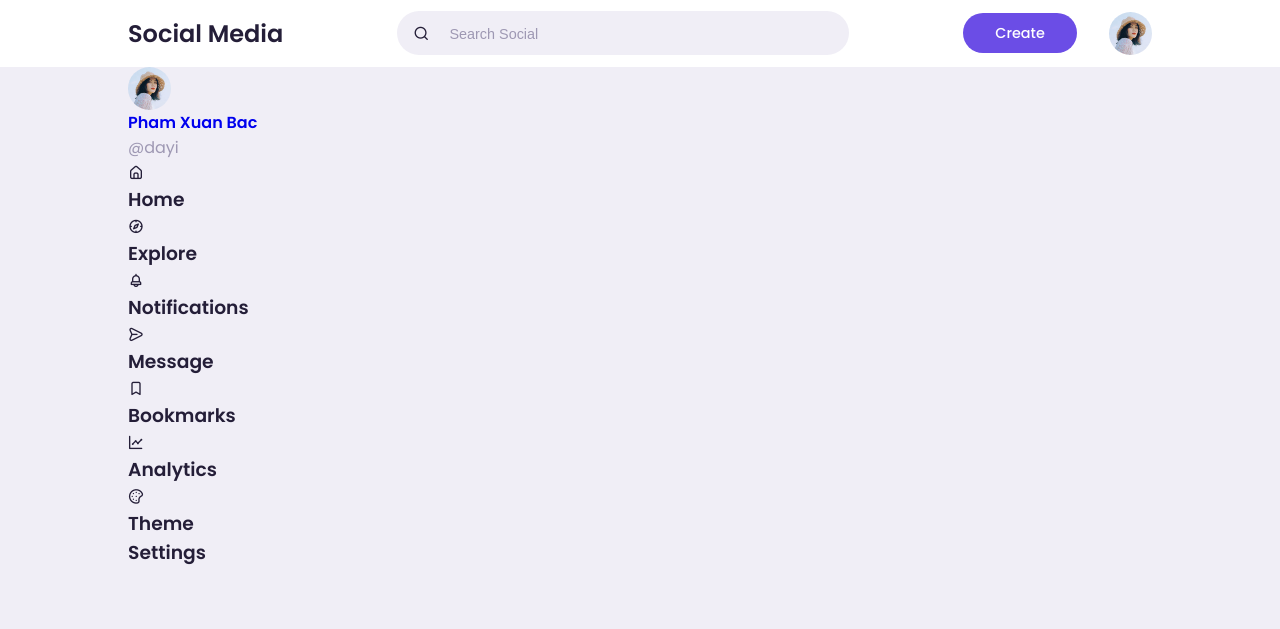
Repository: northpx/socialMedia
Page: index.html
The author's editor kept a copy of each file at every save. The page is drawn from the files as they stood at one save, then again after the next save.
The browser window is 1280 px wide. The pictures show the whole page.

Above is the page before, as saved 2023-03-07 17:00:27.

### index.html
<!DOCTYPE html>
<html lang="en">
<head>
    <meta charset="UTF-8">
    <meta http-equiv="X-UA-Compatible" content="IE=edge">
    <meta name="viewport" content="width=device-width, initial-scale=1.0">
    <link rel="stylesheet" href="/css/style.css">
    <link rel="stylesheet" href="https://unicons.iconscout.com/release/v4.0.0/css/line.css">
    <title>Social Media</title>
</head>
<body>
    <nav>
        <div class="container">
            <h2 class="logo">
                Social Media
            </h2>
            <div class="search-bar">
                <i class="uil uil-search"></i>
                <input type="search" placeholder="Search Social">
            </div>
            <div class="create">
                <label for="create-post" class="btn btn-primary">Create</label>
                <div class="profile-picture">
                    <img src="./images/profile-1.jpg" alt="">
                </div>
            </div>
        </div>
    </nav>

    <main>
        <div class="container">
            <!-- ===========LEFT================ -->
            <div class="left">
                <a href="#" class="profile">
                    <div class="profile-picture">
                        <img src="./images/profile-1.jpg" alt="">
                    </div>
                    <div class="handle">
                        <h4>Pham Xuan Bac</h4>
                        <p class="text-muted">
                            @dayi
                        </p>
                    </div>
                </a>
                <!-- =================SIDEBAR=========== -->
                <div class="sidebar">
                    <a class="menu-item">
                        <span><i class="uil uil-estate"></i></span><h3>Home</h3>
                        <span><i class="uil uil-compass"></i></span><h3>Explore</h3>
                        <span><i class="uil uil-bell"></i></span><h3>Notifications</h3>
                        <span><i class="uil uil-message"></i></span><h3>Message</h3>
                        <span><i class="uil uil-bookmark"></i></span><h3>Bookmarks</h3>
                        <span><i class="uil uil-chart-line"></i></span><h3>Analytics</h3>
                        <span><i class="uil uil-palette"></i></span><h3>Theme</h3>
                        <span></span><h3>Settings</h3>
                    </a>
                </div>
            </div>
            <!-- ===============MIDDLE============== -->
            <div class="middle">

            </div>
            <!-- ==============RIGHT============== -->
            <div class="right">

            </div>
        </div>
    </main>
</body>
</html>

### css/style.css
@import url("https://fonts.googleapis.com/css2?family=Poppins:ital,wght@0,400;0,500;0,600;1,400;1,500;1,600&family=Roboto:ital,wght@0,100;0,300;0,400;0,500;0,700;0,900;1,100;1,300;1,400;1,500;1,700;1,900&display=swap");
:root {
  --color-white: hsl(252,30%,100%);
  --color-light: hsl(252,30%,95%);
  --color-gray: hsl(252,15%,65%);
  --color-primary: hsl(252,75%,60%);
  --color-secondary: hsl(252,100%,90%);
  --color-success: hsl(120,95%,65%);
  --color-danger: hsl(0,95%,65%);
  --color-dark: hsl(252,30%,17%);
  --color-black: hsl(252,30%,10%);
  --border-radius: 2rem;
  --card-border-radius: 1rem;
  --btn-padding: 0.6rem 2rem;
  --search-padding: 0.6rem 1rem;
  --card-padding: 1rem;
  --sticky-top-left: 5.4rem;
  --sticky-top-right: -18rem;
}

*, *::before, *::after {
  margin: 0;
  padding: 0;
  outline: 0;
  box-sizing: border-box;
  text-decoration: none;
  list-style: none;
  border: none;
}

body {
  font-family: "Poppins", sans-serif;
  color: var(--color-dark);
  background: var(--color-light);
  overflow-x: hidden;
}

.container{
    width: 80%;
    margin: 0 auto;
}

.profile-picture{
    width: 2.7rem;
    aspect-ratio: 1/1;
    border-radius: 50%;
    overflow: hidden;
}

img{
    display: block;
    width: 100%;
}

.btn{
    display:  inline-block;
    padding: var(--btn-padding);
    font-weight: 500;
    border-radius: var(--border-radius);
    cursor: pointer;
    transition: all .3s ease;
    font-size: 0.9rem;
}

.btn:hover{
    opacity: 0.8;
}

.btn-primary{
    background: var(--color-primary);
    color: white;
}

.text-bold{
    font-weight: 500;
}

.text-muted{
    color: var(--color-gray);
}

nav{
    width: 100%;
    background: var(--color-white);
    padding: 0.7rem 0;
    top: 0;
    z-index: 10;
}

nav .container{
    display: flex;
    align-items: center;
    justify-content: space-between;
}

nav .search-bar{
    background: var(--color-light);
    border-radius: var(--border-radius);
    padding: var(--search-padding);
}

nav .search-bar input[type="search"]{
    background: transparent;
    width: 30vw;
    margin-left: 1rem;
    font-size: 0.9rem;
    color: var(--color-dark);
}

nav .search-bar input[type="search"]::placeholder{
    color: var(--color-gray);

}

nav .create{
    display: flex;
    align-items: center;
    gap: 2rem;
}

After the next save:
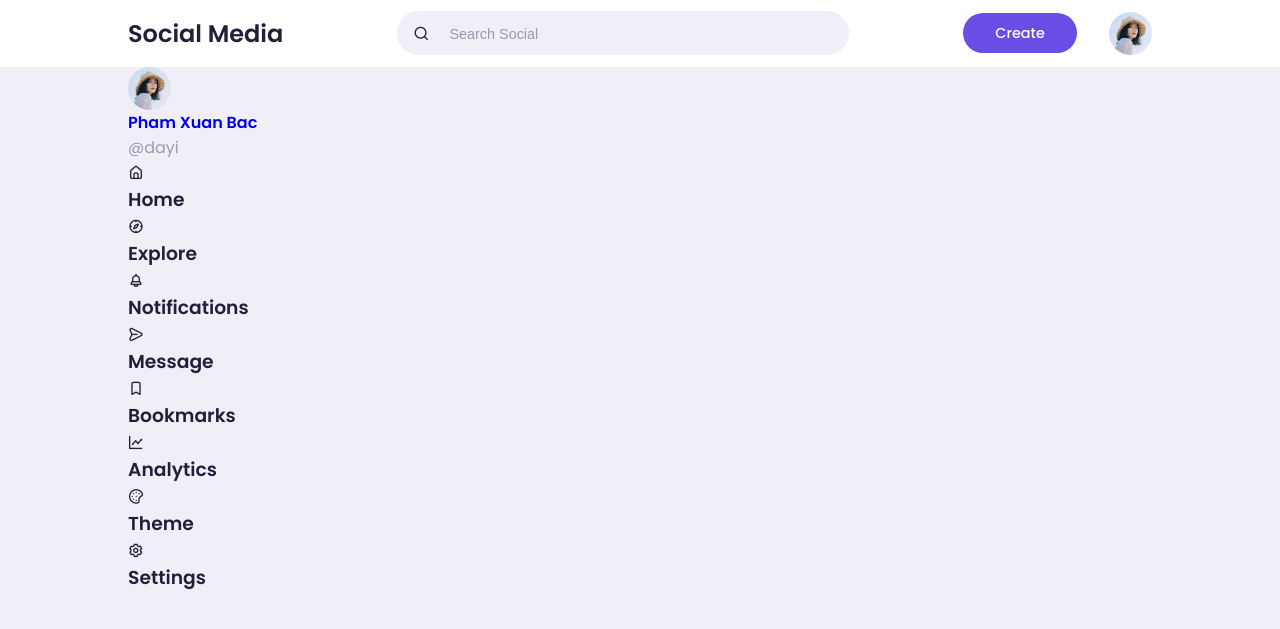
Saved 14 s later.
--- a/index.html
+++ b/index.html
@@ -52,7 +52,7 @@
                         <span><i class="uil uil-bookmark"></i></span><h3>Bookmarks</h3>
                         <span><i class="uil uil-chart-line"></i></span><h3>Analytics</h3>
                         <span><i class="uil uil-palette"></i></span><h3>Theme</h3>
-                        <span></span><h3>Settings</h3>
+                        <span><i class="uil uil-setting"></i></span><h3>Settings</h3>
                     </a>
                 </div>
             </div>
